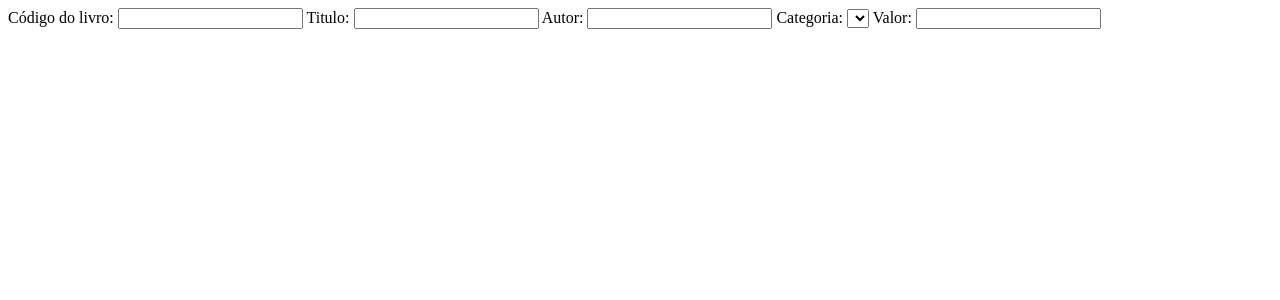
Repository: Matheus-Galdino/Livraria
Page: http://localhost/livraria/cadastrarLivro.jsp
An editor plug-in stored every save of this project. The page is shown before and after the next save, followed by the edit.
The browser window is 1280 px wide. The pictures show the whole page.
The page is served by Tomcat 9. Nobody is signed in. The application's start-up code is not run. Other server files are loaded and not shown.

Above is the page before, as saved 2022-11-06 23:05:42.

### livraria/src/main/webapp/cadastrarLivro.jsp
<%@ page language="java" contentType="text/html; charset=ISO-8859-1"
	pageEncoding="ISO-8859-1"%>
<%@ taglib uri="http://java.sun.com/jsp/jstl/core" prefix="c"%>
<c:set value="${requestScope.categorias}" var="categorias" />
<!DOCTYPE html>
<html>
<head>
<meta charset="ISO-8859-1">
<title>Cadastrar livro</title>
</head>
<body>
	<form action="CadastrarLivro">
		<label>Código do livro: </label>
		<input type="number" name="cod">

		<label>Titulo: </label>
		<input name="titulo">

		<label>Autor:</label>
		<input name="autor">

		<label>Categoria: </label>
		<select name="categoria">
			<c:forEach items="${ categorias }" var="categoria">
				<option>categoria.categoria</option>
			</c:forEach>
		</select>

		<label>Valor: </label>
		<input type="number" name="valor">
	</form>
</body>
</html>

After the next save:
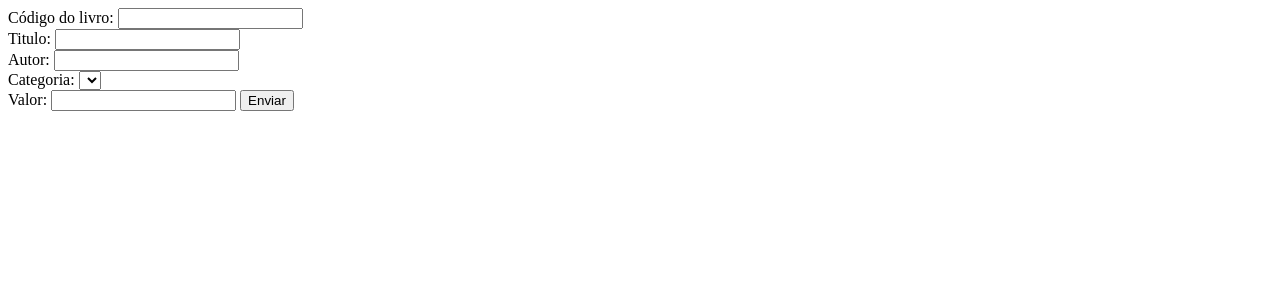
Saved 2 min 46 s later.
--- a/livraria/src/main/webapp/cadastrarLivro.jsp
+++ b/livraria/src/main/webapp/cadastrarLivro.jsp
@@ -9,15 +9,21 @@
 <title>Cadastrar livro</title>
 </head>
 <body>
-	<form action="CadastrarLivro">
+	<form action="CadastrarLivro" method="post">
 		<label>Código do livro: </label>
 		<input type="number" name="cod">
+
+		<br>
 
 		<label>Titulo: </label>
 		<input name="titulo">
 
+		<br>
+
 		<label>Autor:</label>
 		<input name="autor">
+
+		<br>
 
 		<label>Categoria: </label>
 		<select name="categoria">
@@ -26,8 +32,12 @@
 			</c:forEach>
 		</select>
 
+		<br>
+
 		<label>Valor: </label>
 		<input type="number" name="valor">
+
+		<button>Enviar</button>
 	</form>
 </body>
 </html>
